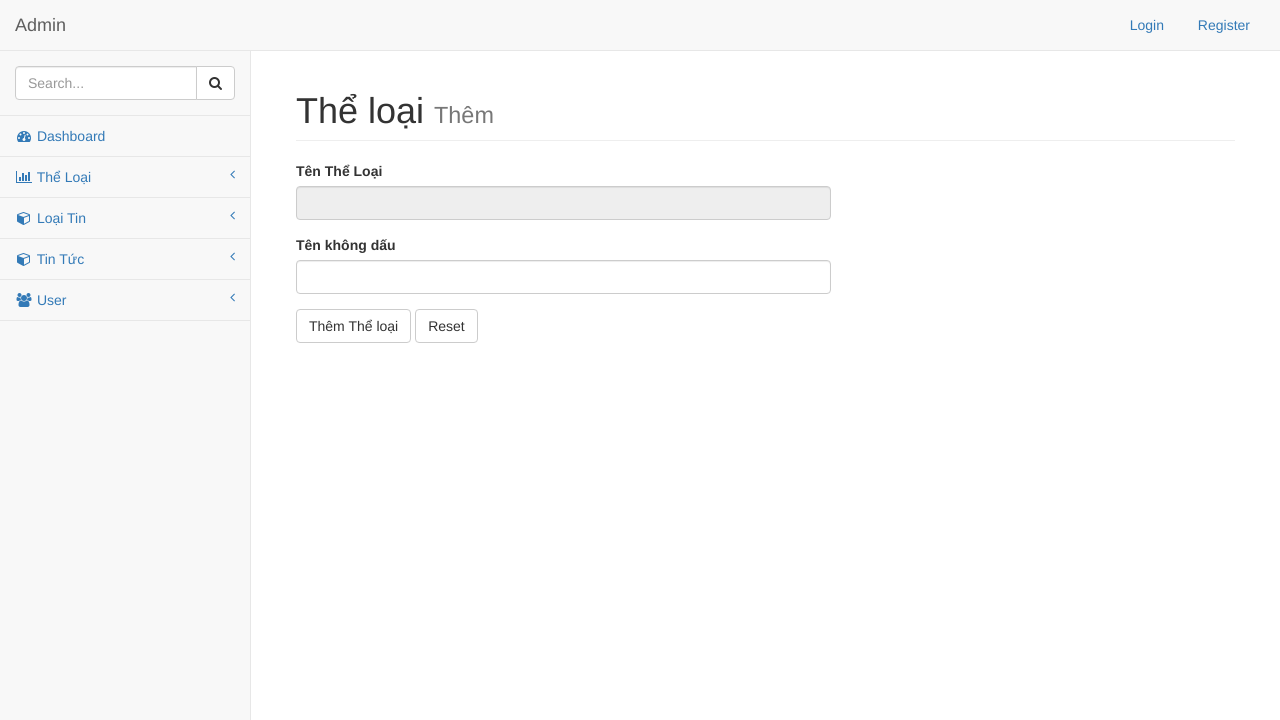
Repository: xuanthanh1998/Laravel
Page: http://localhost/admin/theloai/them
An editor plug-in stored every save of this project. The page is shown before and after the next save, followed by the edit.
The browser window is 1280 px wide. The pictures show the whole page.
The page is served by the project's Laravel application, run on PHP 8.4 with Laravel 9.

Above is the page before, as saved 2022-05-24 08:56:23.

After the next save:
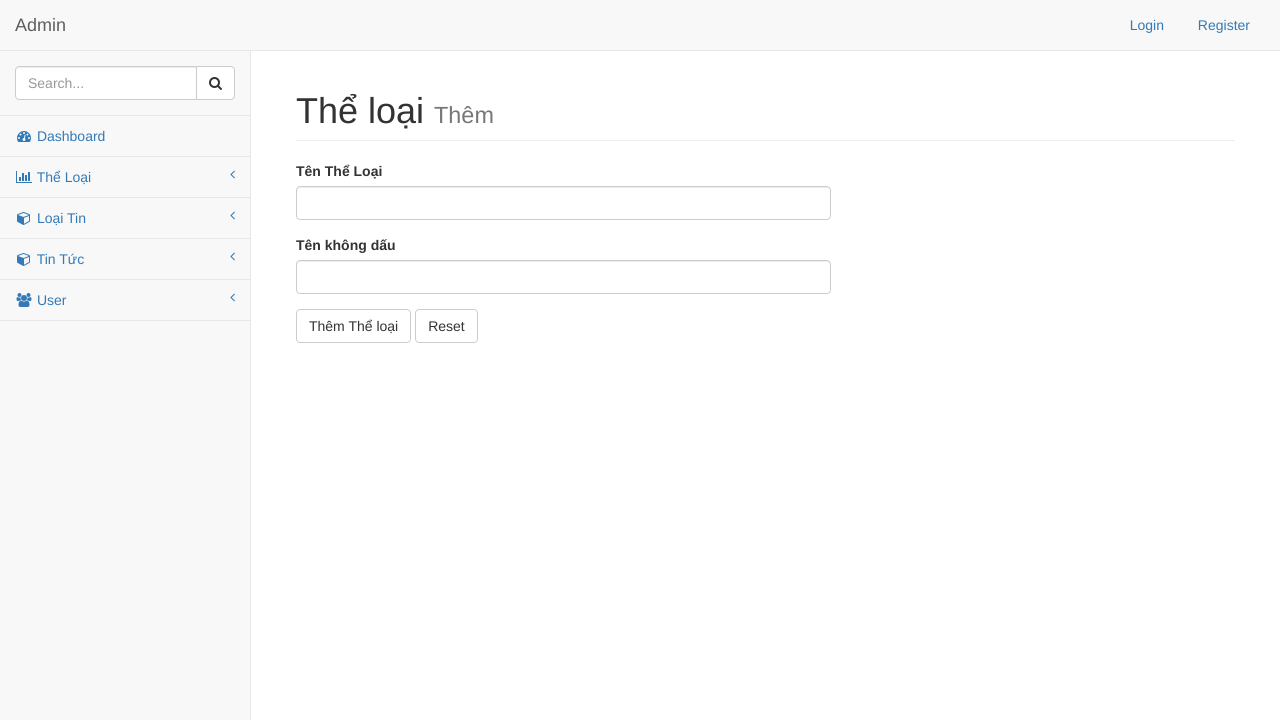
Saved 41 s later.
--- a/resources/views/admin/theloai/them.blade.php
+++ b/resources/views/admin/theloai/them.blade.php
@@ -31,7 +31,7 @@
 
                             <div class="form-group">
                                 <label>Tên Thể Loại</label>
-                                <input class="form-control" name="Ten"  disabled />
+                                <input class="form-control" name="Ten"   />
                             </div>
                             <div class="form-group">
                                 <label>Tên không dấu</label>
